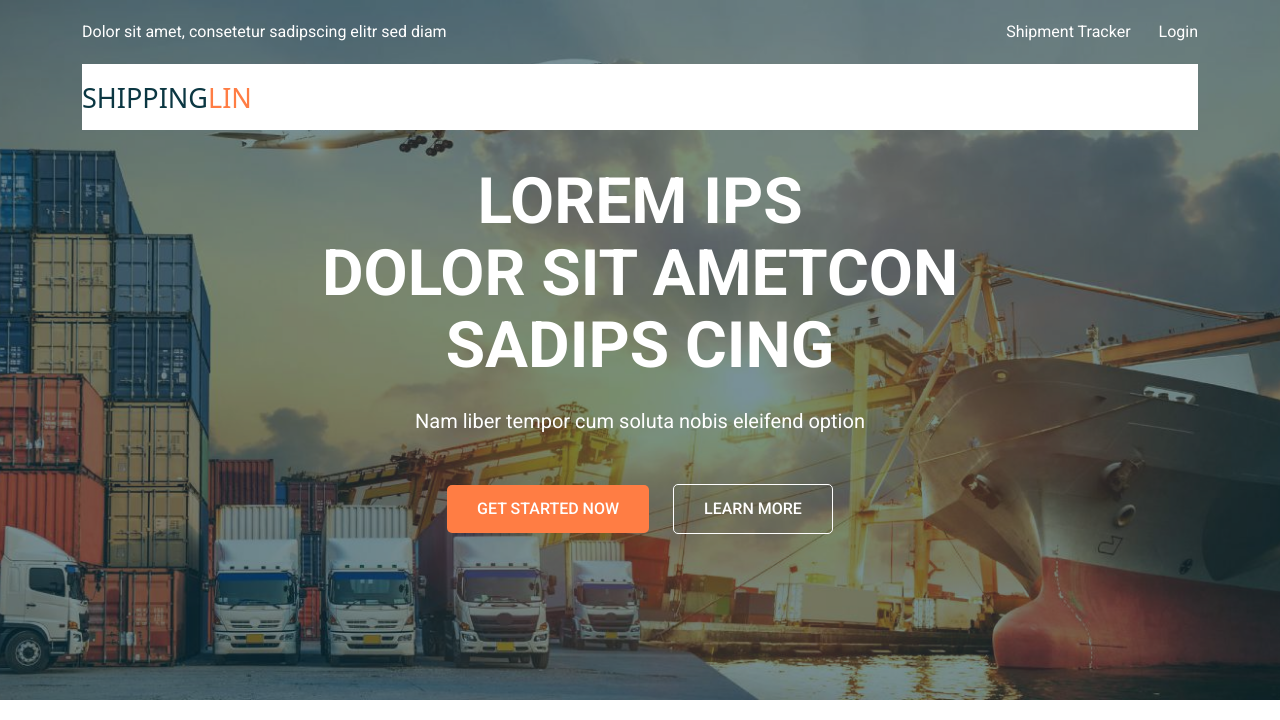
Repository: nazmulalok/shipping-template
Page: index.html
The author's editor kept a copy of each file at every save. The page is drawn from the files as they stood at one save, then again after the next save.
The browser window is 1280 px wide. The pictures show the whole page.

Above is the page before, as saved 2022-10-03 13:39:51.

After the next save:
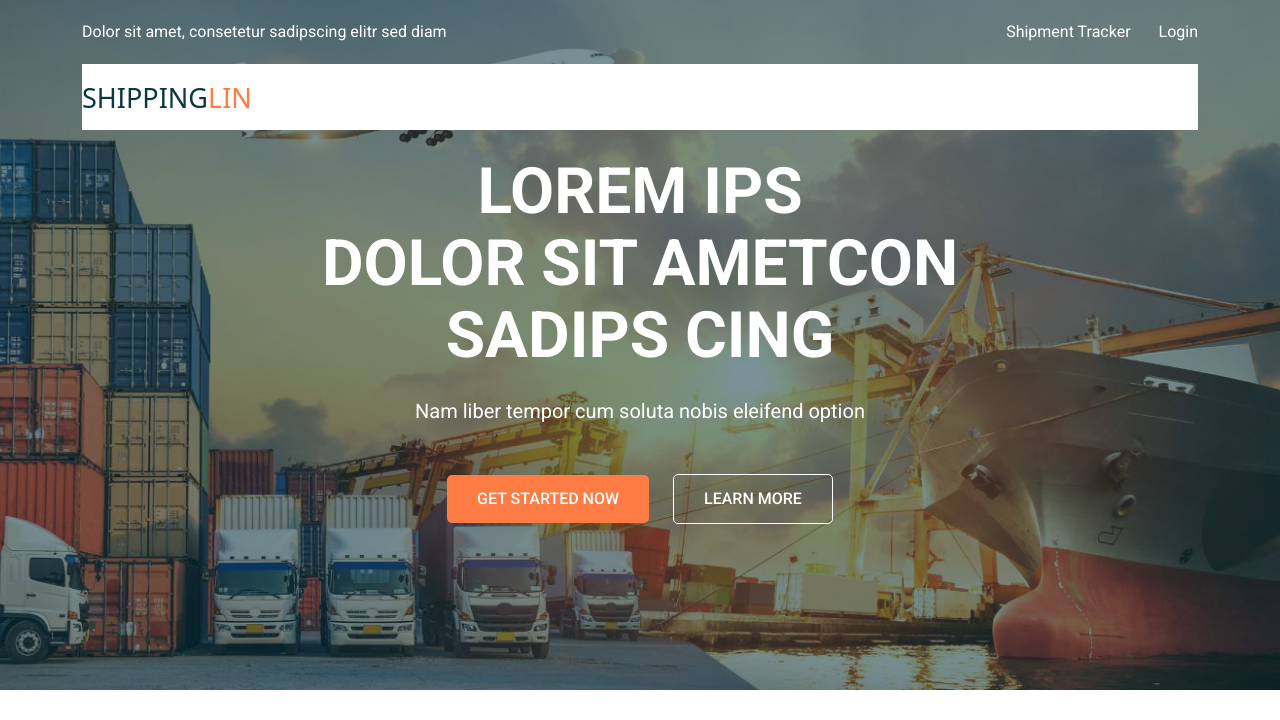
Saved 2 min 51 s later.
--- a/style.css
+++ b/style.css
@@ -30,7 +30,7 @@ body {
     display: flex;
     align-items: center;
     transition: all 1s;
-    margin-top: -130px;
+    margin-top: -140px;
     z-index: 50;
 }
 
